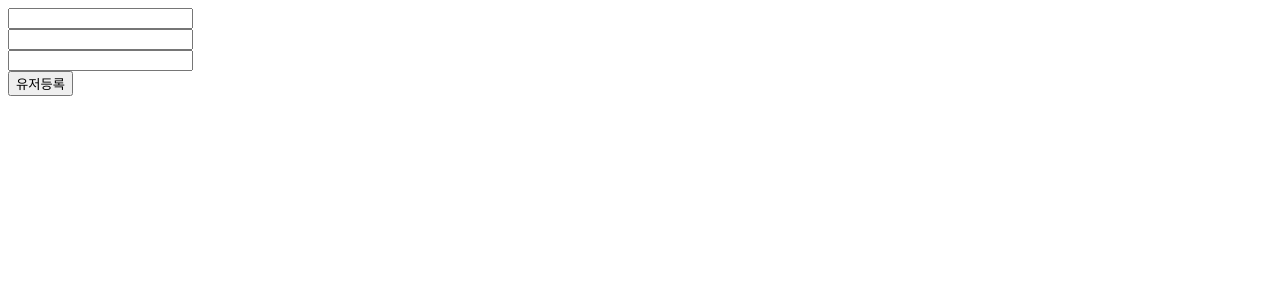
Repository: Rccn3202/Springboot_study_pack
Page: http://localhost/web/user-insert.jsp
These files come from the project's save history. The page is drawn as it stood at one moment and after the next save; the edit follows.
The browser window is 1280 px wide. The pictures show the whole page.
The page is served by Tomcat 9.

Above is the page before, as saved 2023-05-04 02:54:00.

After the next save:
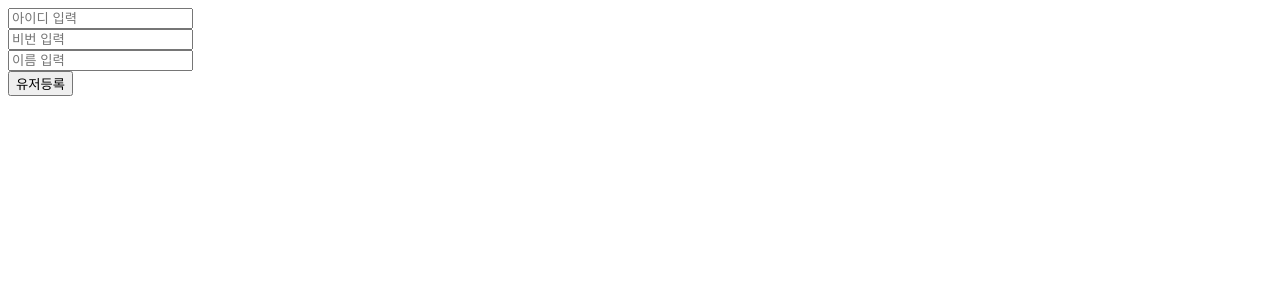
Saved 65 s later.
--- a/web/src/main/webapp/user-insert.jsp
+++ b/web/src/main/webapp/user-insert.jsp
@@ -8,9 +8,9 @@
 </head>
 <body>
 <form action="/user-insert-ok.jsp" method="POST">
-<input type="text" name="uiId" placeholeder="아이디 입력"><br>
-<input type="password" name="uiPwd" placeholeder="비번 입력"><br>
-<input type="text" name="uiName" placeholeder="이름 입력"><br>
+<input type="text" name="uiId" placeholder="아이디 입력"><br>
+<input type="password" name="uiPwd" placeholder="비번 입력"><br>
+<input type="text" name="uiName" placeholder="이름 입력"><br>
 <button>유저등록</button>
 </form>
 </body>
